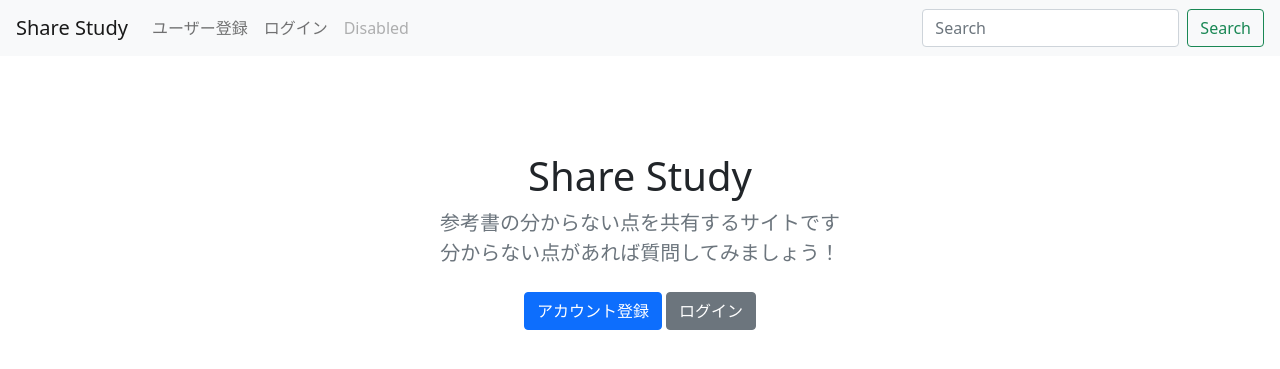
Repository: XXmoi10XX/StudyShareTest1
Page: http://localhost/
An editor plug-in stored every save of this project. The page is shown before and after the next save, followed by the edit.
The browser window is 1280 px wide. The pictures show the whole page.
Some web libraries are served in a nearby version. The page is served by the project's Laravel application, run on PHP 8.4 with Laravel 8. Other server files are loaded and not shown. Queries for data that is not in the repository find no rows.

Above is the page before, as saved 2021-03-19 11:15:39.

### app/routes/web.php
<?php

/*
|--------------------------------------------------------------------------
| Web Routes
|--------------------------------------------------------------------------
|
| Here is where you can register web routes for your application. These
| routes are loaded by the RouteServiceProvider within a group which
| contains the "web" middleware group. Now create something great!
|
*/
Auth::routes();
Route::get('/', 'BookController@index');

### app/app/Http/Controllers/BookController.php
<?php

namespace App\Http\Controllers;

use App\Models\Book;

use Illuminate\Http\Request;

class BookController extends Controller
{
    public function index()
    {
        $data = Book::all();
        return view('books.index', ['books' => $data]);
    }
}

### app/app/Models/Book.php
<?php

namespace App\Models;

use Illuminate\Database\Eloquent\Model;

class Book extends Model
{
    protected $guarded = [
        'id'
    ];
}

### app/resources/views/books/index.blade.php
@extends('app')

@section('title', '本一覧')

@section('content')
@include('nav')




<style>
    .bd-placeholder-img {
        font-size: 1.125rem;
        text-anchor: middle;
        -webkit-user-select: none;
        -moz-user-select: none;
        user-select: none;
    }

    @media (min-width: 768px) {
        .bd-placeholder-img-lg {
            font-size: 3.5rem;
        }
    }
</style>


</head>

<body>



    <main>

        <section class="py-5 text-center container">
            <div class="row py-lg-5">
                <div class="col-lg-6 col-md-8 mx-auto">
                    <h1 class="fw-light">Share Study</h1>
                    <p class="lead text-muted">参考書の分からない点を共有するサイトです<br>分からない点があれば質問してみましょう！</p>
                    <p>
                        <a href="#" class="btn btn-primary my-2">アカウント登録</a>
                        <a href="#" class="btn btn-secondary my-2">ログイン</a>
                    </p>
                </div>
            </div>
        </section>

        <div class="album py-5 bg-light">
            <div class="container">

                <div class="row row-cols-1 row-cols-sm-2 row-cols-md-3 g-3">
                    @foreach($books as $book)
                    <div class="col">
                        <div class="card shadow-sm">
                            <!-- <title>Placeholder</title> -->
                            <img src="/image/{{$book['imgpath']}}" alt="" width="100%" height="340">




                            <div class="card-body">
                                <p class="card-text">{{$book['title']}}</p>
                                <p class="card-text">{{$book['auth']}}</p>
                                <!-- <div class="d-flex justify-content-between align-items-center">
                                    <div class="btn-group">
                                        <button type="button" class="btn btn-sm btn-outline-secondary">View</button>
                                        <button type="button" class="btn btn-sm btn-outline-secondary">Edit</button>
                                    </div>
                                    <small class="text-muted">9 mins</small>
                                </div> -->
                            </div>
                        </div>
                    </div>

                    @endforeach
                </div>
            </div>
        </div>

    </main>


</body>

### app/resources/views/nav.blade.php
<nav class="navbar navbar-expand-lg navbar-light bg-light">
    <a class="navbar-brand" href="#">Share Study</a>
    <button class="navbar-toggler" type="button" data-toggle="collapse" data-target="#navbarSupportedContent" aria-controls="navbarSupportedContent" aria-expanded="false" aria-label="Toggle navigation">
        <span class="navbar-toggler-icon"></span>
    </button>

    <div class="collapse navbar-collapse" id="navbarSupportedContent">
        <ul class="navbar-nav mr-auto">
            @guest
            <li class="nav-item">
                <a class="nav-link" href=" {{ route('register')}} ">ユーザー登録</a>
            </li>
            @endguest

            @guest
            <li class="nav-item">
                <a class="nav-link" href=" {{ route('login')}} ">ログイン</a>
            </li>
            @endguest

            @auth
            <li class="nav-item dropdown">
                <a class="nav-link dropdown-toggle" href="#" id="navbarDropdown" role="button" data-toggle="dropdown" aria-haspopup="true" aria-expanded="false">
                    Dropdown
                </a>
                <div class="dropdown-menu" aria-labelledby="navbarDropdown">

                    <button class="dropdown-item" type="button">マイページ</button>
                    <button form="logout-button" class="dropdown-item" type="submit">ログアウト</button>
                    <div class="dropdown-divider"></div>
                    <a class="dropdown-item" href="#">Something else here</a>
                </div>
            </li>
            <form id="logout-button" method="POST" action="{{ route('logout')}}">
                @csrf
            </form>


            @endauth

            <li class="nav-item">
                <a class="nav-link disabled" href="#">Disabled</a>
            </li>
        </ul>
        <form class="form-inline my-2 my-lg-0">
            <input class="form-control mr-sm-2" type="search" placeholder="Search" aria-label="Search">
            <button class="btn btn-outline-success my-2 my-sm-0" type="submit">Search</button>
        </form>
    </div>
</nav>

### app/resources/views/app.blade.php
<!DOCTYPE html>
<html lang="ja">

<head>
    <meta charset="utf-8">
    <meta name="viewport" content="width=device-width, initial-scale=1, shrink-to-fit=no">
    <meta http-equiv="x-ua-compatible" content="ie=edge">
    <meta charset="utf-8">

    <title>
        @yield('title')
    </title>
    <!-- Font Awesome -->
    <link rel="stylesheet" href="https://use.fontawesome.com/releases/v5.8.2/css/all.css">
    <!-- Bootstrap core CSS -->
    <link href="https://cdnjs.cloudflare.com/ajax/libs/twitter-bootstrap/4.3.1/css/bootstrap.min.css" rel="stylesheet">
    <!-- Bootstrap core CSS -->
    <link href="{{asset('assets/css/bootstrap.min.css')}}" rel="stylesheet">
    <!-- Material Design Bootstrap -->
    <!-- <link href="https://cdnjs.cloudflare.com/ajax/libs/mdbootstrap/4.8.11/css/mdb.min.css" rel="stylesheet"> -->
</head>

<body>

    @yield('content')

    <!-- JQuery -->
    <script type="text/javascript" src="https://cdnjs.cloudflare.com/ajax/libs/jquery/3.4.1/jquery.min.js"></script>
    <!-- Bootstrap tooltips -->
    <script type="text/javascript" src="https://cdnjs.cloudflare.com/ajax/libs/popper.js/1.14.4/umd/popper.min.js"></script>
    <!-- Bootstrap core JavaScript -->
    <script type="text/javascript" src="https://cdnjs.cloudflare.com/ajax/libs/twitter-bootstrap/4.3.1/js/bootstrap.min.js"></script>
    <!-- MDB core JavaScript -->
    <script type="text/javascript" src="https://cdnjs.cloudflare.com/ajax/libs/mdbootstrap/4.8.11/js/mdb.min.js"></script>

    <script src="{{asset('assets/js/bootstrap.bundle.min.js')}}"></script>
</body>

</html>

Loaded but not shown: app/app/Http/Controllers/Auth/LoginController.php (common file); app/app/Http/Controllers/Controller.php (common file); app/public/assets/css/bootstrap.min.css (library); app/public/assets/js/bootstrap.bundle.min.js (library)

After the next save:
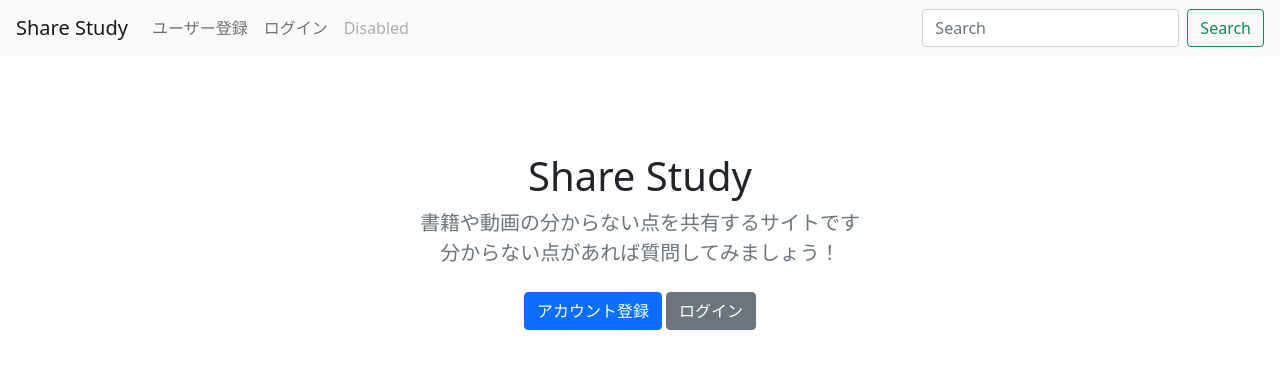
Saved 6 min 25 s later.
--- a/app/resources/views/books/index.blade.php
+++ b/app/resources/views/books/index.blade.php
@@ -37,7 +37,7 @@
             <div class="row py-lg-5">
                 <div class="col-lg-6 col-md-8 mx-auto">
                     <h1 class="fw-light">Share Study</h1>
-                    <p class="lead text-muted">参考書の分からない点を共有するサイトです<br>分からない点があれば質問してみましょう！</p>
+                    <p class="lead text-muted">書籍や動画の分からない点を共有するサイトです<br>分からない点があれば質問してみましょう！</p>
                     <p>
                         <a href="#" class="btn btn-primary my-2">アカウント登録</a>
                         <a href="#" class="btn btn-secondary my-2">ログイン</a>
